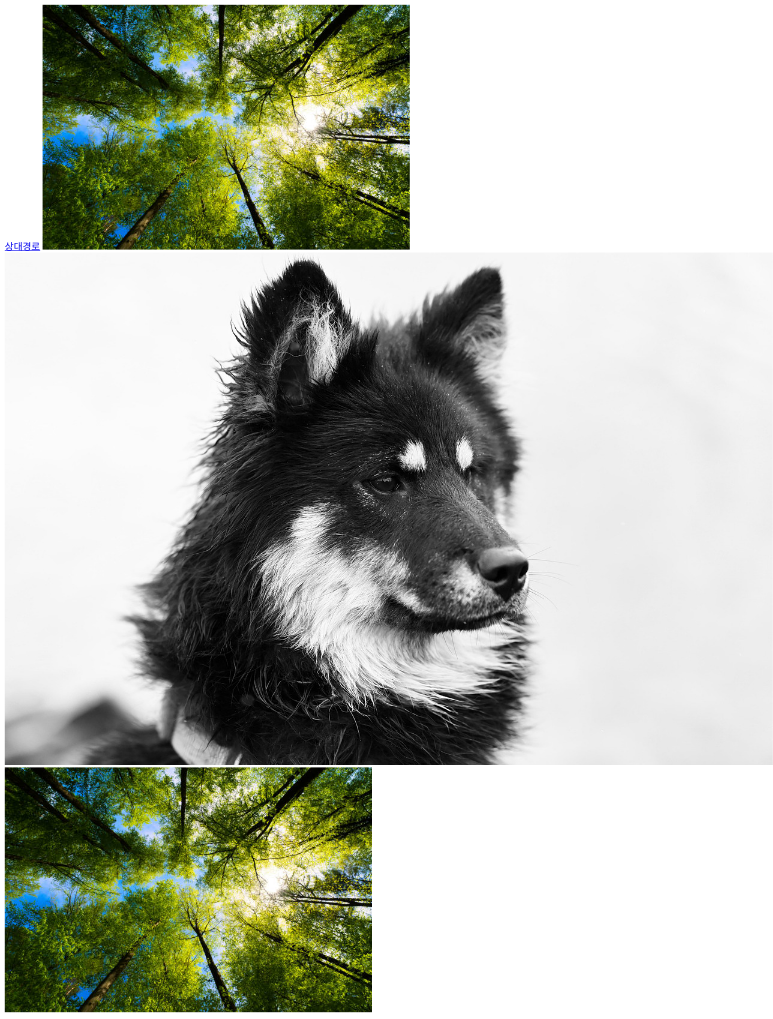
Repository: Muji1412/JSPstudy
Page: http://localhost/JSPbasic/path/example/quiz.jsp
An editor plug-in stored every save of this project. The page is shown before and after the next save, followed by the edit.
The browser window is 1280 px wide. The page is 1288 px wide, so the pictures cover 1288 px, including what lies to the right of the window. The pictures show the whole page, at 60% of full size.
The page is served by Tomcat 9. Nobody is signed in. The application's start-up code is not run.

Above is the page before, as saved 2025-02-21 06:50:54.

After the next save:
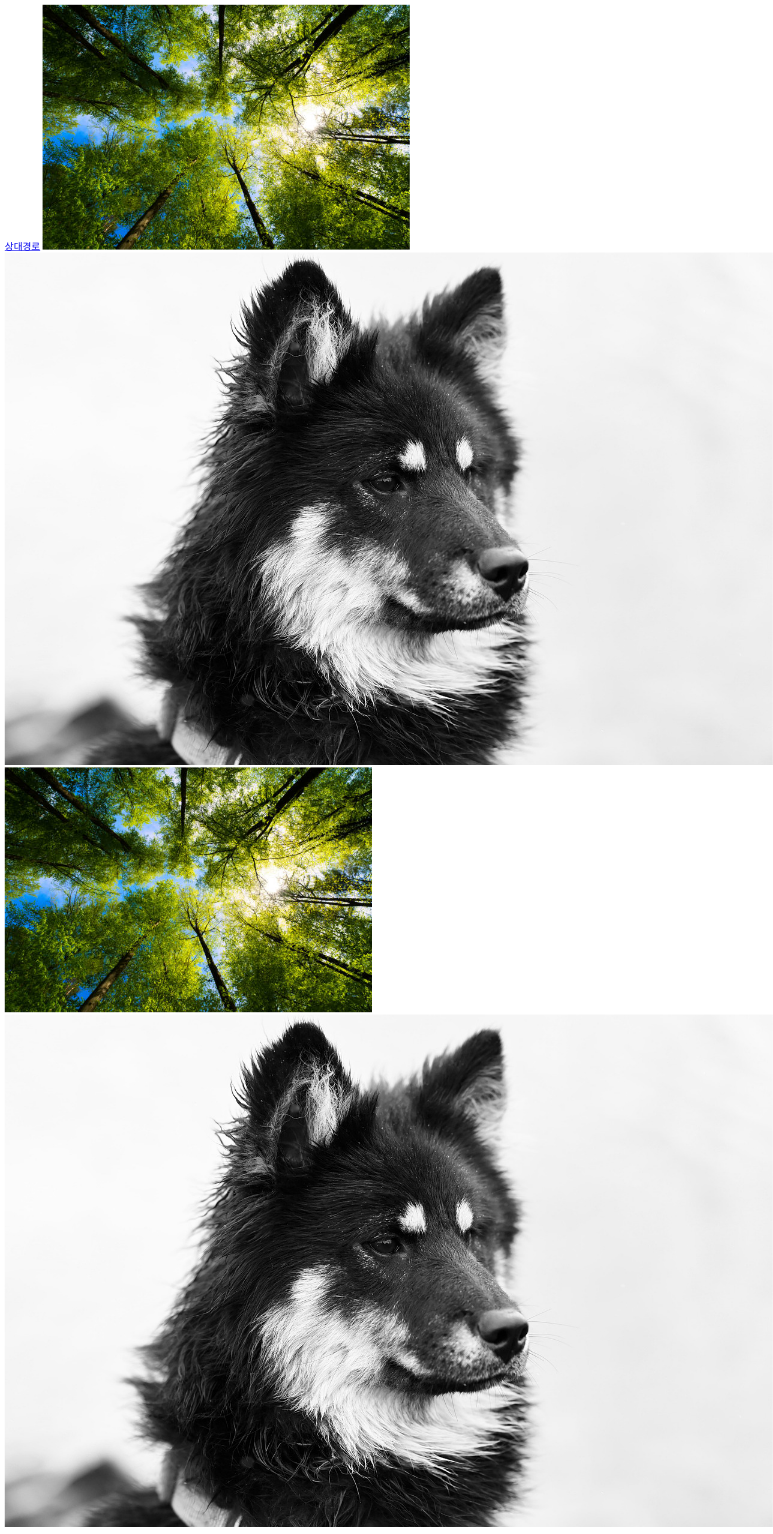
Saved 7 s later.
--- a/workspace/JSPbasic/src/main/webapp/path/example/quiz.jsp
+++ b/workspace/JSPbasic/src/main/webapp/path/example/quiz.jsp
@@ -12,6 +12,7 @@
 	<img src ="../../html/img/b.jpg">
 
 	<img src ="http://localhost:8181/JSPbasic/html/img/a.jpg">
+	<img src ="http://localhost:8181/JSPbasic/html/img/b.jpg">
 
 
 </body>
